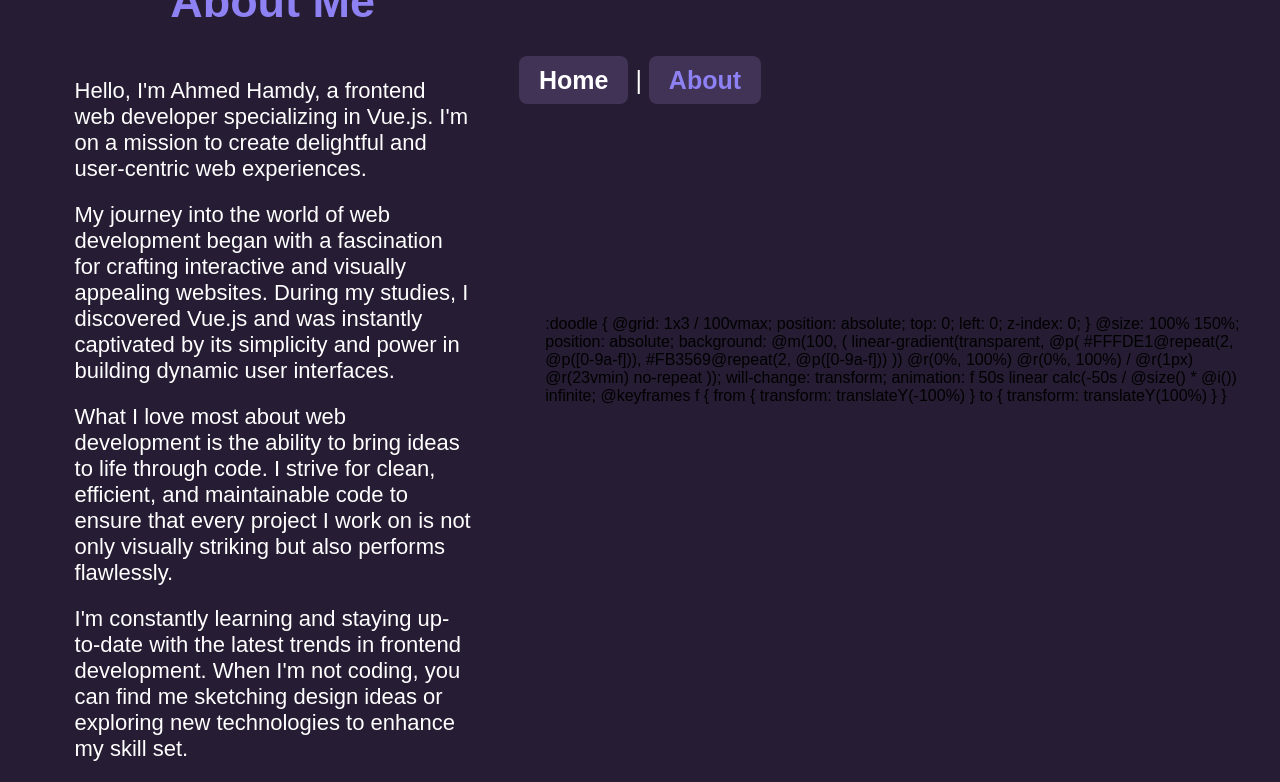
Repository: ahamdy997/portfolio
Page: /about
An editor plug-in stored every save of this project. The page is shown before and after the next save, followed by the edit.
The browser window is 1280 px wide. The pictures show the whole page.
The project was rebuilt for these pictures with package versions that can differ from the ones it lists, and the page was loaded fresh each time. Also part of the build but not shown: vue.config.js, src/components/HelloWorld.vue, src/views/HomeView.vue.

Above is the page before, as saved 2023-11-05 02:07:10.

### public/index.html
<!DOCTYPE html>
<html lang="">
  <head>
    <meta charset="utf-8" />
    <meta http-equiv="X-UA-Compatible" content="IE=edge" />
    <meta name="viewport" content="width=device-width,initial-scale=1.0" />
    <link rel="icon" href="<%= BASE_URL %>favicon.ico" />
    <title><%= htmlWebpackPlugin.options.title %></title>
  </head>
  <body>
    <noscript>
      <strong
        >We're sorry but <%= htmlWebpackPlugin.options.title %> doesn't work
        properly without JavaScript enabled. Please enable it to
        continue.</strong
      >
    </noscript>
    <div id="app"></div>
    <!-- built files will be auto injected -->
    <css-doodle>
      :doodle { @grid: 1x3 / 100vmax; position: absolute; top: 0; left: 0;
      z-index: 0; } @size: 100% 150%; position: absolute; background: @m(100, (
      linear-gradient(transparent, @p( #FFFDE1@repeat(2, @p([0-9a-f])),
      #FB3569@repeat(2, @p([0-9a-f])) )) @r(0%, 100%) @r(0%, 100%) / @r(1px)
      @r(23vmin) no-repeat )); will-change: transform; animation: f 50s linear
      calc(-50s / @size() * @i()) infinite; @keyframes f { from { transform:
      translateY(-100%) } to { transform: translateY(100%) } }
    </css-doodle>

    <script src="https://unpkg.com/css-doodle@0.6.1/css-doodle.min.js"></script>
  </body>
</html>

### src/App.vue
<template>
  <header>
    <nav>
      <router-link to="/">Home</router-link> |
      <router-link to="/about">About</router-link>
    </nav>
  </header>
  <router-view />
</template>

<style>
#app {
  text-align: center;
  z-index: 1;
  color: white;
}
header {
  font-size: 25px;
  position: fixed;
  top: 5%;
  left: 0%;
  width: 100%;
  z-index: 1;
}
nav {
  padding: 30px;
  text-align: center;
}
body {
  font-family: sans-serif;
  height: 100vh;
  margin: 0;
  background: #261c33;
  overflow: hidden;
  display: flex;
  align-items: center;
  justify-content: center;
}
nav a {
  font-weight: bold;
  color: #fff;
  text-decoration: none;
  border-radius: 8px;
  background-color: #56447092;
  padding: 10px 20px;
}
a:hover {
  color: rgba(137, 147, 200, 0.7);
}

nav a.router-link-exact-active {
  color: #8d81f3;
}
</style>

### src/views/AboutView.vue
<template>
  <div class="about">
    <h2>About Me</h2>
    <p>
      Hello, I'm Ahmed Hamdy, a frontend web developer specializing in Vue.js.
      I'm on a mission to create delightful and user-centric web experiences.
    </p>
    <p>
      My journey into the world of web development began with a fascination for
      crafting interactive and visually appealing websites. During my studies, I
      discovered Vue.js and was instantly captivated by its simplicity and power
      in building dynamic user interfaces.
    </p>
    <p>
      What I love most about web development is the ability to bring ideas to
      life through code. I strive for clean, efficient, and maintainable code to
      ensure that every project I work on is not only visually striking but also
      performs flawlessly.
    </p>
    <p>
      I'm constantly learning and staying up-to-date with the latest trends in
      frontend development. When I'm not coding, you can find me sketching
      design ideas or exploring new technologies to enhance my skill set.
    </p>
  </div>
</template>
<style scoped>
p {
  margin: 20px;
}
.about h2 {
  text-align: center;
  margin-bottom: 50px;
  font-size: 45px;
  color: #8d81f3;
}
.about {
  width: 80%;
  margin: auto;
  text-align: start;
  font-size: 22px;
}
</style>

Loaded but not shown: src/main.js (common file); src/router/index.js (common file)

After the next save:
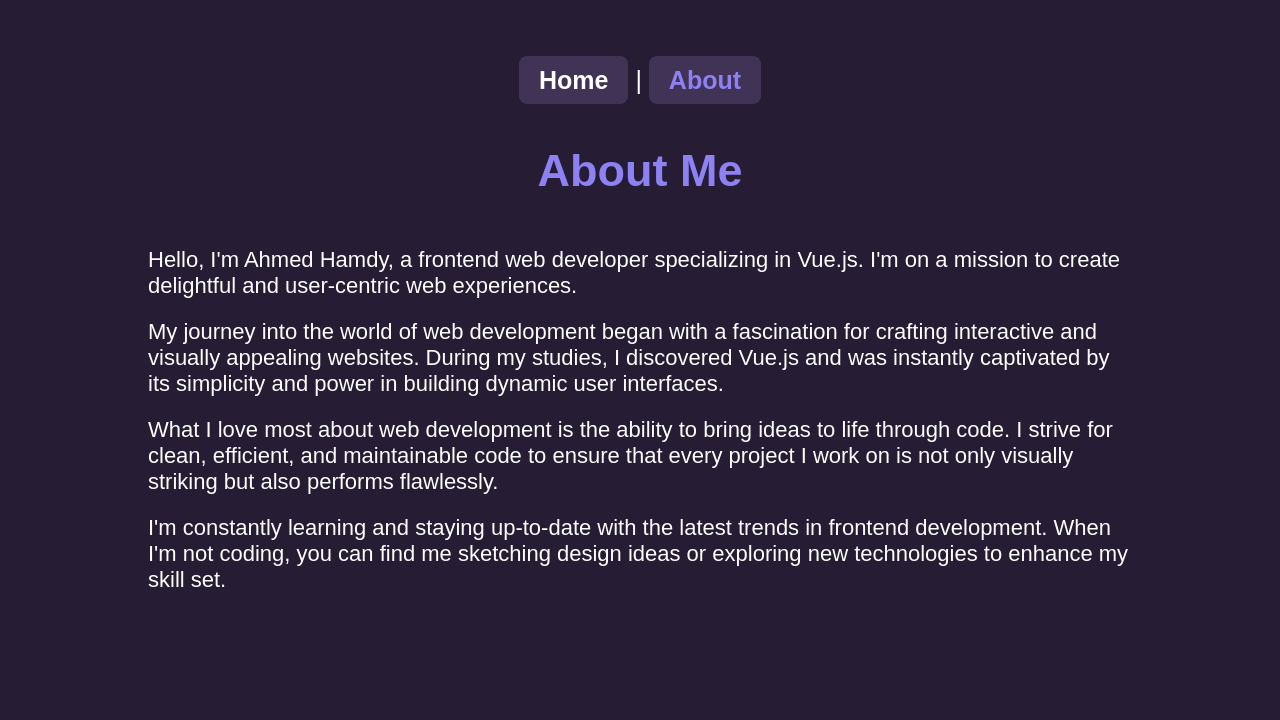
Saved 8 s later.
--- a/public/index.html
+++ b/public/index.html
@@ -17,7 +17,7 @@
     </noscript>
     <div id="app"></div>
     <!-- built files will be auto injected -->
-    <css-doodle>
+    <!-- <css-doodle>
       :doodle { @grid: 1x3 / 100vmax; position: absolute; top: 0; left: 0;
       z-index: 0; } @size: 100% 150%; position: absolute; background: @m(100, (
       linear-gradient(transparent, @p( #FFFDE1@repeat(2, @p([0-9a-f])),
@@ -25,7 +25,7 @@
       @r(23vmin) no-repeat )); will-change: transform; animation: f 50s linear
       calc(-50s / @size() * @i()) infinite; @keyframes f { from { transform:
       translateY(-100%) } to { transform: translateY(100%) } }
-    </css-doodle>
+    </css-doodle> -->
 
     <script src="https://unpkg.com/css-doodle@0.6.1/css-doodle.min.js"></script>
   </body>

After the save that followed:
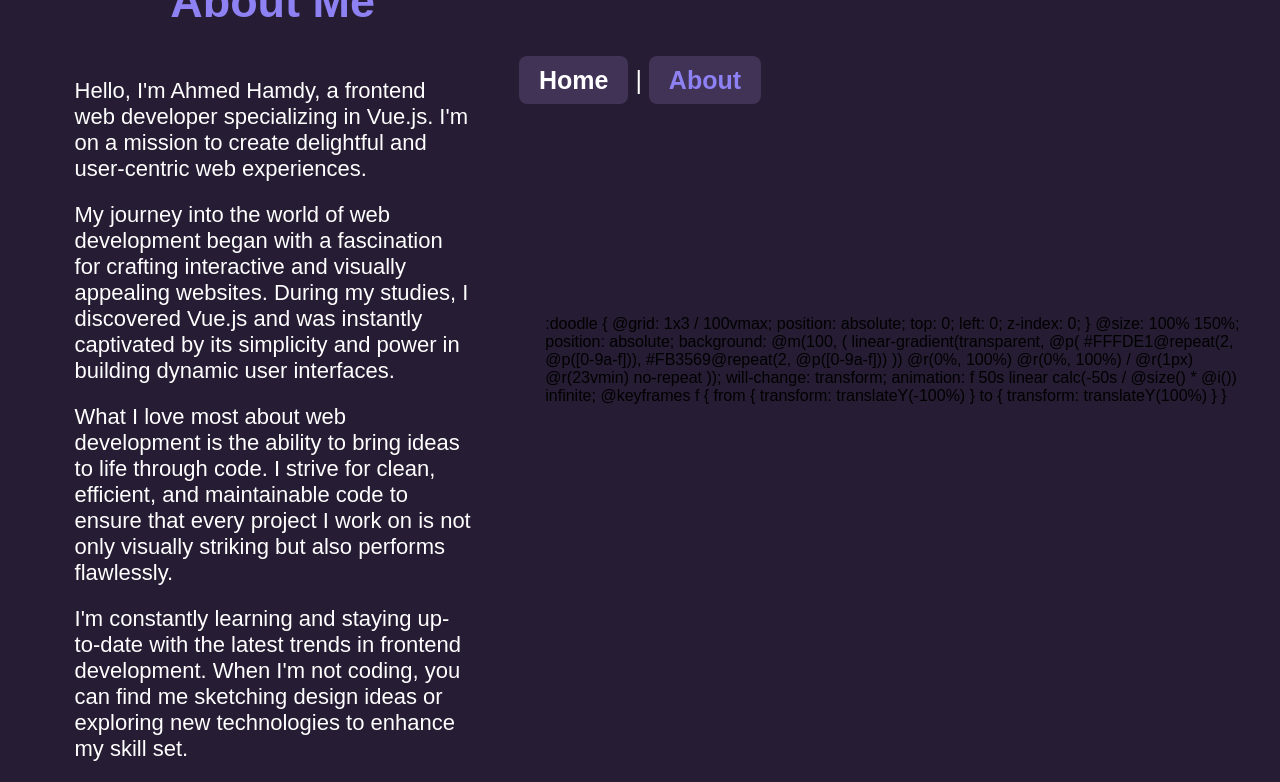
Saved 11 s later.
--- a/public/index.html
+++ b/public/index.html
@@ -17,7 +17,7 @@
     </noscript>
     <div id="app"></div>
     <!-- built files will be auto injected -->
-    <!-- <css-doodle>
+    <css-doodle>
       :doodle { @grid: 1x3 / 100vmax; position: absolute; top: 0; left: 0;
       z-index: 0; } @size: 100% 150%; position: absolute; background: @m(100, (
       linear-gradient(transparent, @p( #FFFDE1@repeat(2, @p([0-9a-f])),
@@ -25,7 +25,7 @@
       @r(23vmin) no-repeat )); will-change: transform; animation: f 50s linear
       calc(-50s / @size() * @i()) infinite; @keyframes f { from { transform:
       translateY(-100%) } to { transform: translateY(100%) } }
-    </css-doodle> -->
+    </css-doodle>
 
     <script src="https://unpkg.com/css-doodle@0.6.1/css-doodle.min.js"></script>
   </body>
